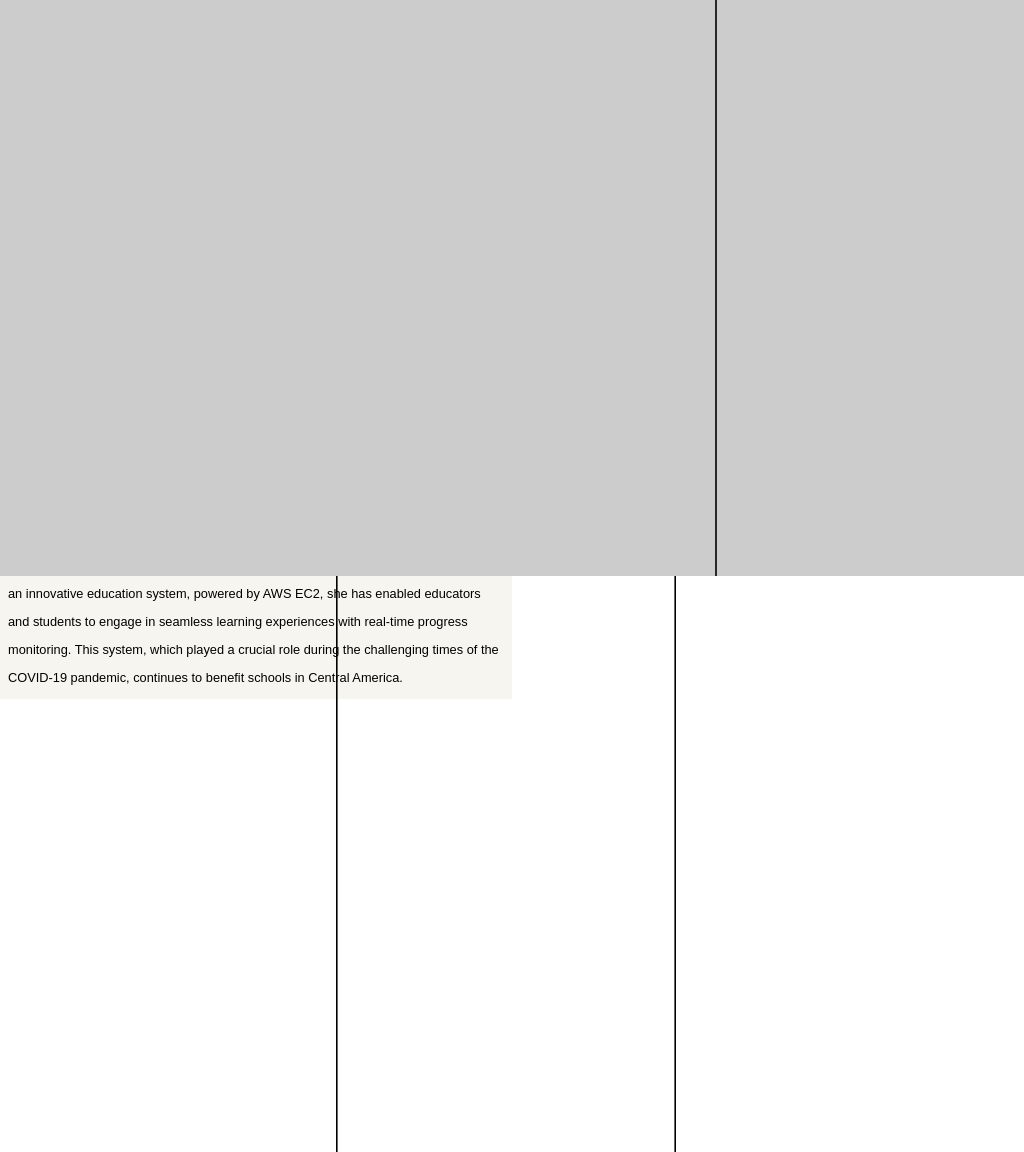
Repository: tessa5/developerPortfolio
Page: public/bio.html
An editor plug-in stored every save of this project. The page is shown before and after the next save, followed by the edit.
The browser window is 1280 px wide. The pictures show the whole page, at 80% of full size.
The pointer rests on the first visible `ul li`.

Above is the page before, as saved 2023-08-08 14:32:11.

### public/bio.html
<!DOCTYPE html>
<html lang="en">
<head>
    <meta charset="UTF-8">
    <meta name="viewport" content="width=device-width, initial-scale=1.0">
    <title>Document</title>
    <link rel="stylesheet" href="assets/styles/bio.css">
</head>
<body>
    <section>
        <ul>
            <li></li>
            <li></li>
            <li></li>
        </ul>

    </section>
    <h3>Bio</h3>
    <p class="bio">
        Ms. Teresia Kamau is a professional, currently working as the Senior Manager and Team Leader at Gyeonggi Business and Science Accelerator Africa branch. With a passion for technology, she has set her sights on transitioning fully into the tech industry as an AWS Ops leader within the next 1.5 years. <br/>Determined to stay ahead in this competitive field, she has set a challenging target of passing the AWS certificate exam within the next 7 months.
In 3 years, she plans to launch a mentorship program specifically catering to women looking to venture into the realms of AR and AI. With her vision, she aims to create a supportive and inclusive environment for aspiring female technologists, driving innovation and progress in the industry.
<br/>Teresia has an impressive track record of achievements, exemplifying her capability as a leader and a visionary. In just two years, she has ascended to the role of Senior Manager and Team Leader, showcasing her exceptional leadership skills and strategic acumen. <br/>Moreover, Teresia's abilities in forging international partnerships and driving business growth enabled her to facilitate contracts worth a staggering $600,000 between Korean companies and entities in East Africa.
Beyond her corporate achievements, Teresia has made a significant impact in the field of education. Collaborating in the development of an innovative education system, powered by AWS EC2, she has enabled educators and students to engage in seamless learning experiences with real-time progress monitoring. This system, which played a crucial role during the challenging times of the COVID-19 pandemic, continues to benefit schools in Central America.

    </p>
</body>
</html>

### public/assets/styles/bio.css
body {
    margin: 0;
    padding:0;
    font-family: sans-serif;
}
ul {
    position: absolute;
    top: 0;
    left: 0;
    width: 100%;
    height:100vh;
    background: #ccc;
    margin:0;
    padding:0;
}
ul li {
    list-style:none;
    position:relative;
    width:33%;
    height:100%;
    border-right: 2px solid #000;
    float: left;
    box-sizing:border-box;
    transition: 0.5s;
    text-align: center;
}

ul li:hover {
    width:70%
}
p {

    width:50%;
    float: left;
    height:100%;
    line-height:35px;
    background:#f6f5ef;
    padding:10px;
    margin-top:5px;
    box-sizing: border-box;
    word-break: keep-all;
    padding-top:30px;
}

After the next save:
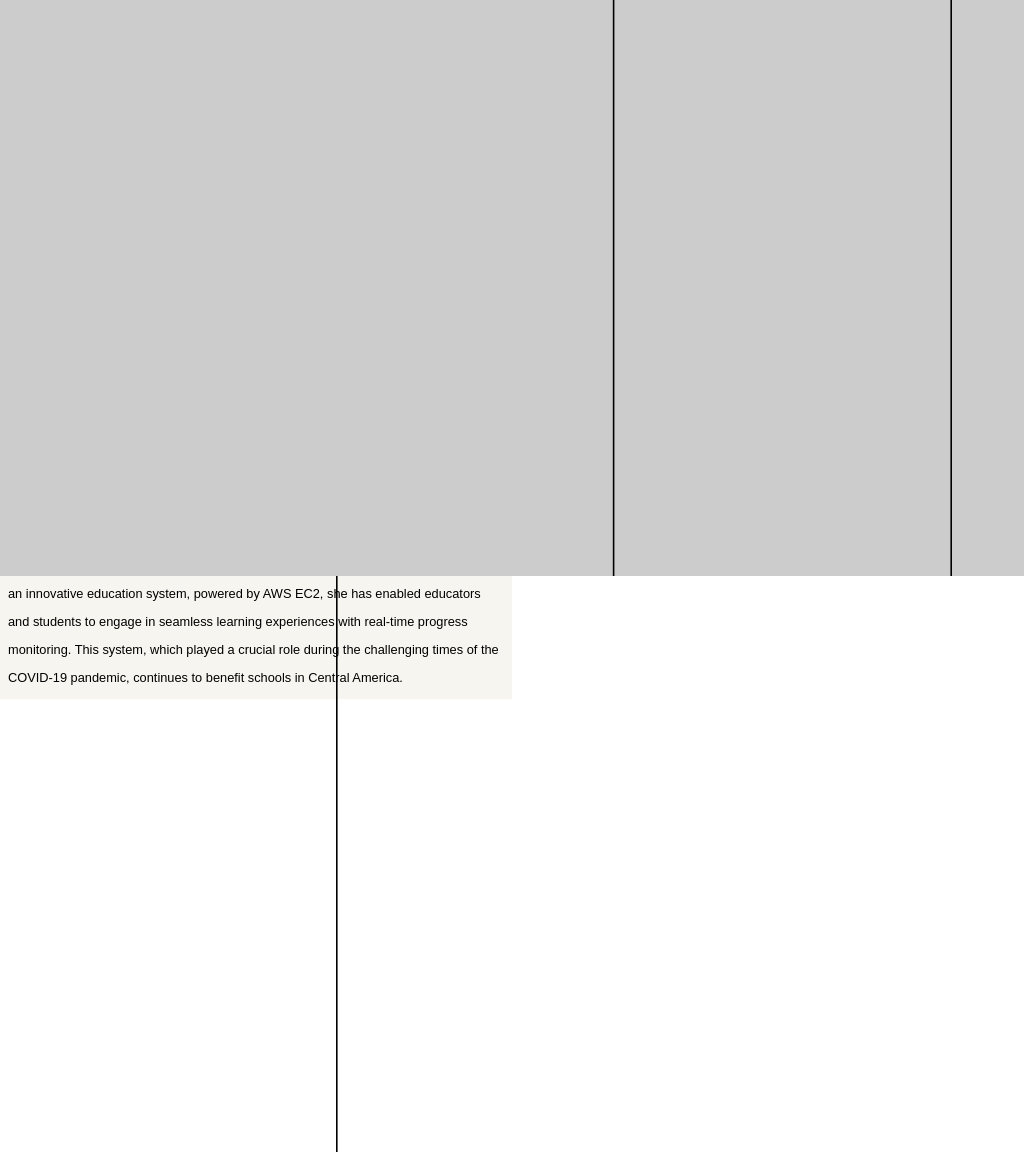
Saved 16 s later.
--- a/public/assets/styles/bio.css
+++ b/public/assets/styles/bio.css
@@ -26,7 +26,7 @@ ul li {
 }
 
 ul li:hover {
-    width:70%
+    width:60%
 }
 p {
 
